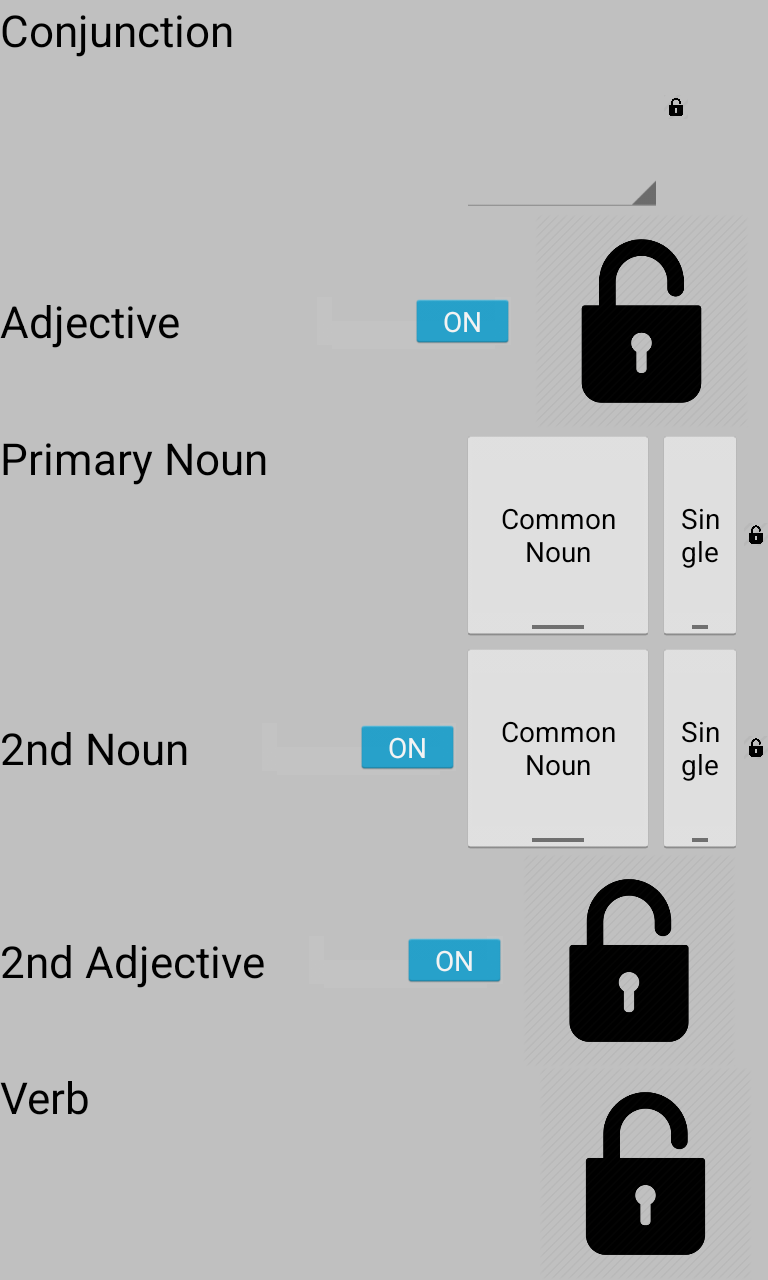
Repository: TheDizzler/TableTopTools
Layout: RPGTools/res/layout/fragment_cause_controls.xml
An editor plug-in stored every save of this project. The layout is shown before and after the next save, followed by the edit.
It is drawn on a 768 x 1280 px phone screen (xhdpi) without system bars, with theme AppTheme; the app's code is not run.

Above is the layout before, as saved 2017-03-22 09:20:49.

### RPGTools/res/layout/fragment_cause_controls.xml
<?xml version="1.0" encoding="utf-8"?>
<TableLayout xmlns:android="http://schemas.android.com/apk/res/android"
    android:layout_width="match_parent"
    android:layout_height="match_parent"
    android:background="#C0C0C0"
    android:measureWithLargestChild="true"
    android:orientation="vertical"
    android:dividerPadding="10dp"
    android:showDividers="beginning"
    android:weightSum="6" >

    <TableRow
        android:id="@+id/tableRow1_cause"
        android:layout_width="match_parent"
        android:layout_height="wrap_content"
        android:showDividers="beginning"
        android:dividerPadding="10dp"
        android:layout_weight="1"
        android:weightSum="4" >

        <TextView
            android:id="@+id/textView1"
            android:layout_height="match_parent"
            android:layout_width="wrap_content"
            android:layout_span="1"
            android:layout_weight="1"
            android:text="Conjunction"
            android:textAppearance="?android:attr/textAppearanceLarge" />

        <Spinner
            android:id="@+id/spinner_Conjunctions"
            android:layout_width="wrap_content"
            android:layout_height="match_parent"
            android:layout_weight="2"
            android:layout_span="2" />

        <ImageView
            android:id="@+id/lockBtn_conj"
            android:layout_width="32dp"
            android:layout_height="match_parent"
            android:layout_weight="1"
            android:src="@drawable/unlocked"
            android:layout_span="1" />
    </TableRow>

    <TableRow
        android:id="@+id/tableRow2"
        android:layout_width="match_parent"
        android:layout_height="wrap_content"
        android:layout_weight="1"
        android:weightSum="2" >

        <Switch
            android:id="@+id/switch_primaryAdjective"
            android:layout_width="wrap_content"
            android:layout_height="match_parent"
            android:layout_weight="1"
            android:layout_span="1"
            android:checked="true"
            android:text="Adjective"
            android:textAppearance="?android:attr/textAppearanceLarge" />

        <ImageView
            android:id="@+id/lockBtn_primaryAdj"
            android:layout_width="32dp"
            android:layout_height="match_parent"
            android:layout_weight="1"
            android:src="@drawable/unlocked"
            android:layout_span="1" />
    </TableRow>

    <TableRow
        android:id="@+id/tableRow3"
        android:layout_width="match_parent"
        android:layout_height="wrap_content"
        android:layout_weight="1"
        android:weightSum="4" >

        <TextView
            android:id="@+id/textView3"
            android:layout_width="wrap_content"
            android:layout_height="match_parent"
            android:layout_weight="1"
            android:text="Primary Noun"
            android:textAppearance="?android:attr/textAppearanceLarge" />

        <ToggleButton
            android:id="@+id/toggleBtn_primaryNounProper"
            android:layout_width="wrap_content"
            android:layout_height="match_parent"
            android:layout_weight="1"
            android:textOff="Common Noun"
            android:textOn="Proper Noun" />

        <ToggleButton
            android:id="@+id/toggleBtn_primaryNounPlural"
            android:layout_width="wrap_content"
            android:layout_height="match_parent"
            android:layout_weight="1"
            android:textOff="Single"
            android:textOn="Plural" />

        <ImageView
            android:id="@+id/lockBtn_primaryNoun"
            android:layout_width="32dp"
            android:layout_height="match_parent"
            android:layout_weight="1"
            android:src="@drawable/unlocked" />
    </TableRow>

    <TableRow
        android:id="@+id/tableRow4"
        android:layout_width="match_parent"
        android:layout_height="wrap_content"
        android:layout_weight="1"
        android:weightSum="4" >

        <Switch
            android:id="@+id/switch_secondaryNoun"
            android:layout_width="wrap_content"
            android:layout_height="match_parent"
            android:layout_weight="1"
            android:checked="true"
            android:text="2nd Noun"
            android:textAppearance="?android:attr/textAppearanceLarge" />

        <ToggleButton
            android:id="@+id/toggleBtn_secondaryNounProper"
            android:layout_width="wrap_content"
            android:layout_height="match_parent"
            android:layout_weight="1"
            android:textOff="Common Noun"
            android:textOn="Proper Noun" />

        <ToggleButton
            android:id="@+id/toggleBtn_secondaryNounPlural"
            android:layout_width="wrap_content"
            android:layout_height="match_parent"
            android:layout_weight="1"
            android:textOff="Single"
            android:textOn="Plural" />

        <ImageView
            android:id="@+id/lockBtn_secondaryNoun"
            android:layout_width="32dp"
            android:layout_height="match_parent"
            android:layout_weight="1"
            android:src="@drawable/unlocked" />
    </TableRow>

    <TableRow
        android:id="@+id/tableRow5"
        android:layout_width="match_parent"
        android:layout_height="wrap_content"
        android:layout_weight="1"
        android:weightSum="4" >

        <Switch
            android:id="@+id/switch_secondaryAdjective"
            android:layout_width="wrap_content"
            android:layout_height="match_parent"
            android:layout_weight="1"
            android:checked="true"
            android:text="2nd Adjective"
            android:textAppearance="?android:attr/textAppearanceLarge" />

        <ImageView
            android:id="@+id/lockBtn_secondaryAdjective"
            android:layout_width="32dp"
            android:layout_height="match_parent"
            android:layout_weight="1"
            android:src="@drawable/unlocked" />
    </TableRow>

    <TableRow
        android:id="@+id/tableRow6"
        android:layout_width="match_parent"
        android:layout_height="wrap_content"
        android:layout_weight="1"
        android:weightSum="4" >

        <TextView
            android:id="@+id/textView_causeVerb"
            android:layout_width="wrap_content"
            android:layout_height="match_parent"
            android:text="Verb"
            android:layout_weight="3"
            android:textAppearance="?android:attr/textAppearanceLarge" />

        <ImageView
            android:id="@+id/lockBtn_causeVerb"
            android:layout_width="32dp"
            android:layout_height="match_parent"
            android:layout_weight="1"
            android:src="@drawable/unlocked" />
    </TableRow>

</TableLayout>

Loaded but not shown: RPGTools/res/values/styles.xml (common file); RPGTools/res/values-v11/styles.xml (common file); RPGTools/res/values-v14/styles.xml (common file)

After the next save:
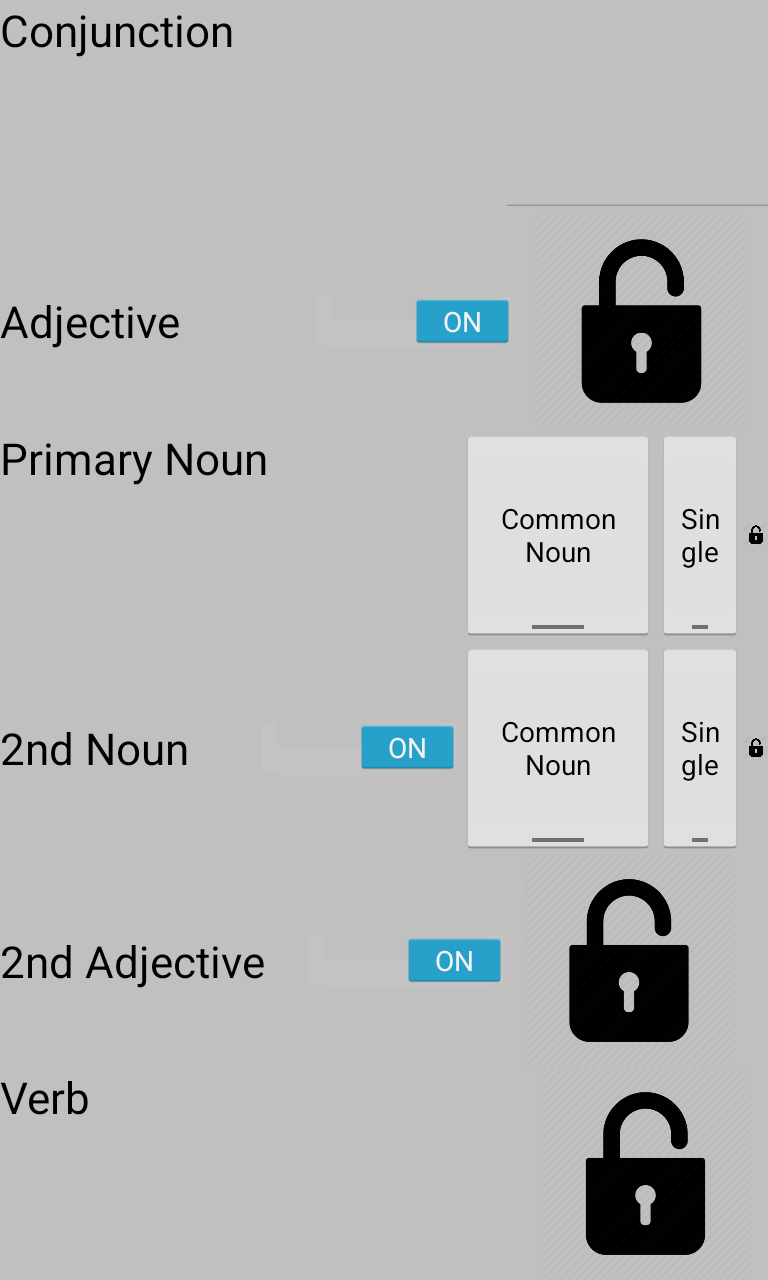
Saved 2 min 10 s later.
--- a/RPGTools/res/layout/fragment_cause_controls.xml
+++ b/RPGTools/res/layout/fragment_cause_controls.xml
@@ -23,7 +23,6 @@
             android:layout_height="match_parent"
             android:layout_width="wrap_content"
             android:layout_span="1"
-            android:layout_weight="1"
             android:text="Conjunction"
             android:textAppearance="?android:attr/textAppearanceLarge" />
 
@@ -31,14 +30,12 @@
             android:id="@+id/spinner_Conjunctions"
             android:layout_width="wrap_content"
             android:layout_height="match_parent"
-            android:layout_weight="2"
             android:layout_span="2" />
 
         <ImageView
             android:id="@+id/lockBtn_conj"
             android:layout_width="32dp"
             android:layout_height="match_parent"
-            android:layout_weight="1"
             android:src="@drawable/unlocked"
             android:layout_span="1" />
     </TableRow>
